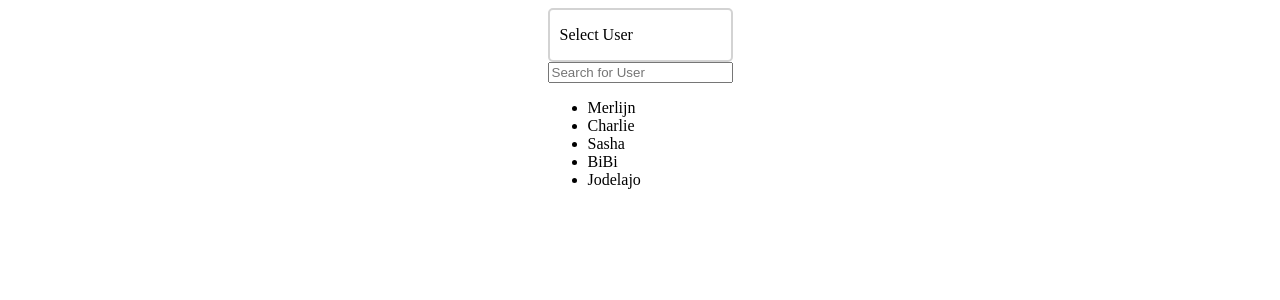
Repository: jodelajo/nuxt-filter-tutorial
Page: /
The author's editor kept a copy of each file at every save. The page is drawn from the files as they stood at one save, then again after the next save.
The browser window is 1280 px wide. The pictures show the whole page.
The project was rebuilt for these pictures with package versions that can differ from the ones it lists, and the page was loaded fresh each time. The framework's server and built-in components were replaced by stand-ins that run in the browser. Also part of the build but not shown: nuxt.config.js, components/NuxtLogo.vue, components/Tutorial.vue.

Above is the page before, as saved 2021-12-11 12:20:42.

After the next save:
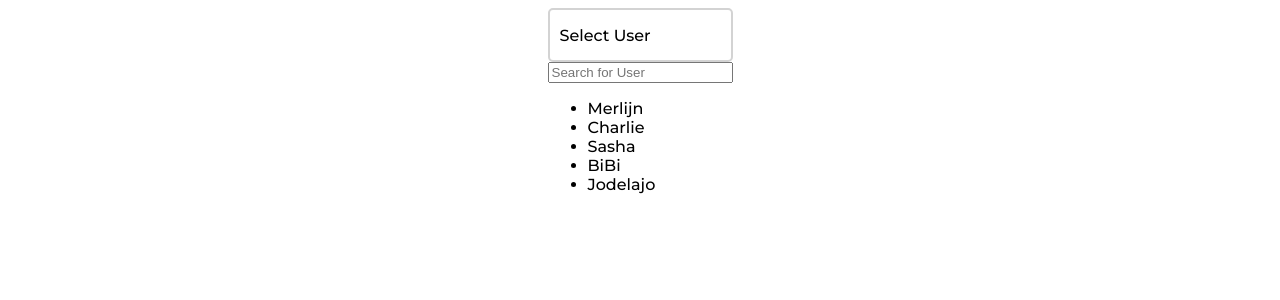
Saved 27 s later.
--- a/pages/index.vue
+++ b/pages/index.vue
@@ -41,6 +41,7 @@
   flex-direction: column;
   /* justify-content: center; */
   align-items: center;
+   font-family: "Montserrat", sans-serif;
 }
 .dropdown-wrapper {
   max-width: 350px;

After the 2 saves that followed:
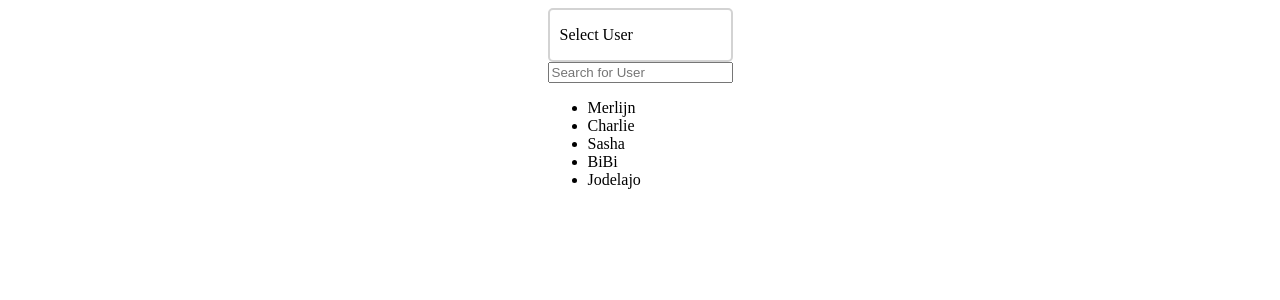
The 2 saves are shown as one change because 1 left the picture as it was.
The last was saved 42 s later.
--- a/pages/index.vue
+++ b/pages/index.vue
@@ -34,14 +34,13 @@
 body {
   width: 100vw;
   height: 100vh;
-  font-family: "Montserrat", sans-serif;
 }
 .container {
   display: flex;
   flex-direction: column;
   /* justify-content: center; */
   align-items: center;
-   font-family: "Montserrat", sans-serif;
+   font-family: "Readex Pro", ;
 }
 .dropdown-wrapper {
   max-width: 350px;
